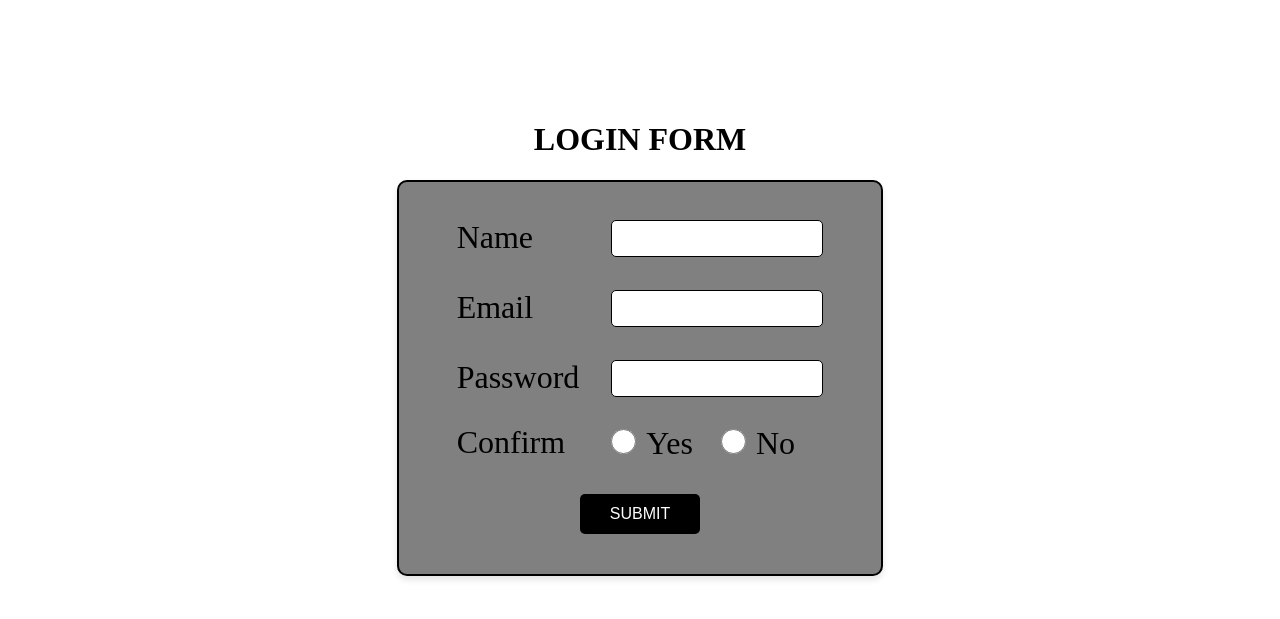
Repository: obusakthi539/Loginform
Page: Form.html
The author's editor kept a copy of each file at every save. The page is drawn from the files as they stood at one save, then again after a run of saves.
The browser window is 1280 px wide. The pictures show the whole page.

Above is the page before, as saved 2025-01-11 14:28:28.

After the next 2 saves:
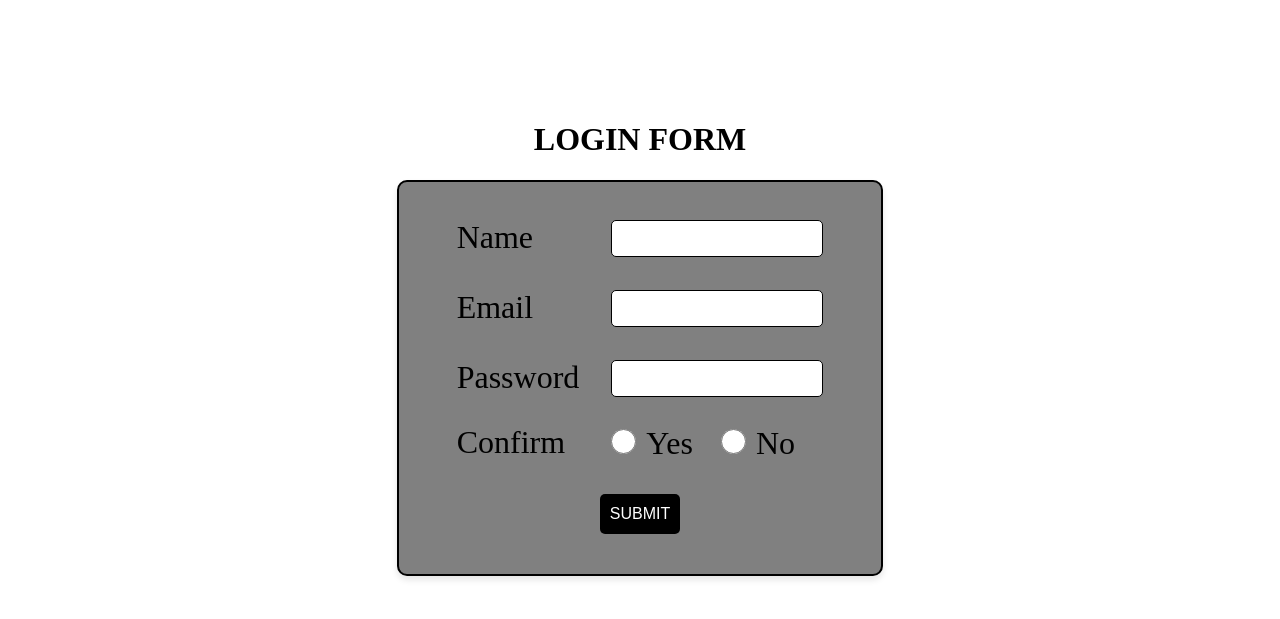
The 2 saves are shown as one change because they came seconds apart.
The last was saved 33 s later.
--- a/Form.html
+++ b/Form.html
@@ -39,7 +39,7 @@
         button {
             display: block;
             margin: 20px auto;
-            width: 120px;
+            width: 80px;
             height: 40px;
             background-color: black;
             color: white;
